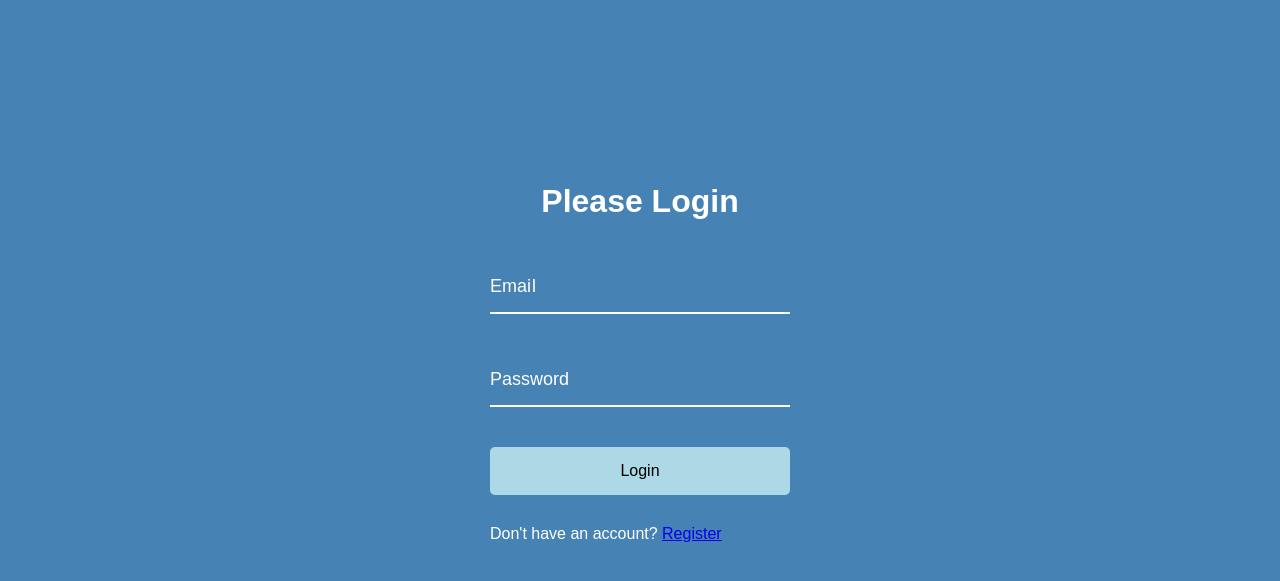
Repository: eagle-tex/50-projects-BT
Page: 08-form-wave-animation/index.html
An editor plug-in stored every save of this project. The page is shown before and after the next save, followed by the edit.
The browser window is 1280 px wide. The pictures show the whole page.
Some web fonts or font styles are not loaded; a fallback is used.

Above is the page before, as saved 2021-01-07 23:33:31.

After the next save:
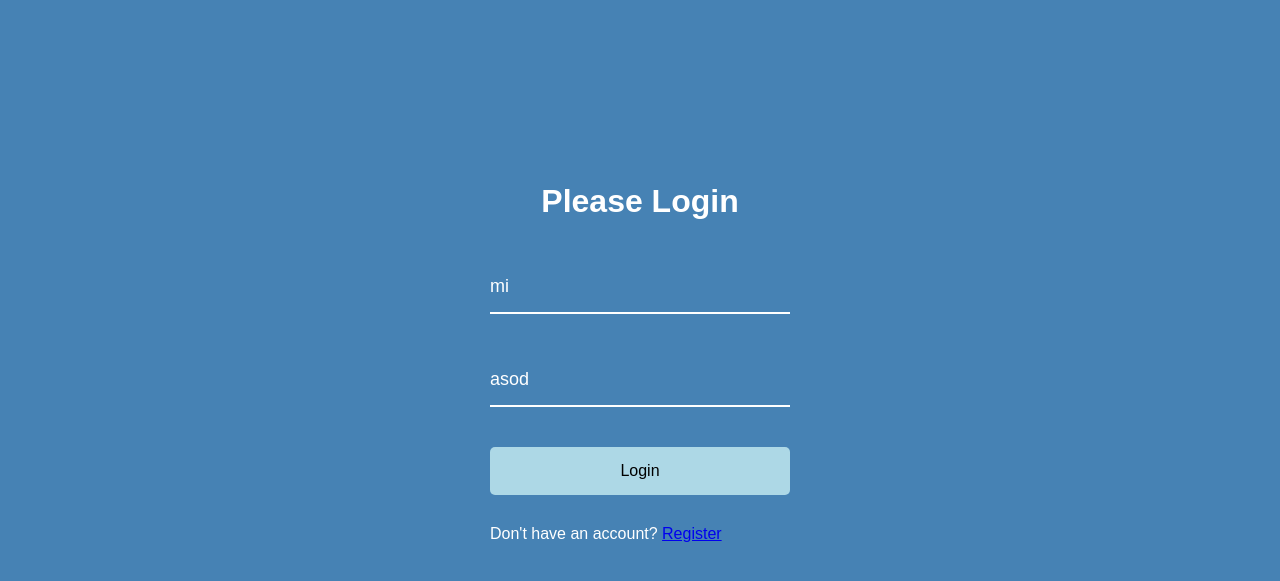
Saved 113 s later.
--- a/08-form-wave-animation/script.js
+++ b/08-form-wave-animation/script.js
@@ -3,6 +3,9 @@
 labels.forEach((label) => {
   label.innerHTML = label.innerText
     .split('')
-    .map((letter, idx) => `<span>${letter}</span>`)
+    .map(
+      (letter, idx) =>
+        `<span style="transition-delay:${idx * 50}ms>${letter}</span>`
+    )
     .join('');
 });

After the save that followed:
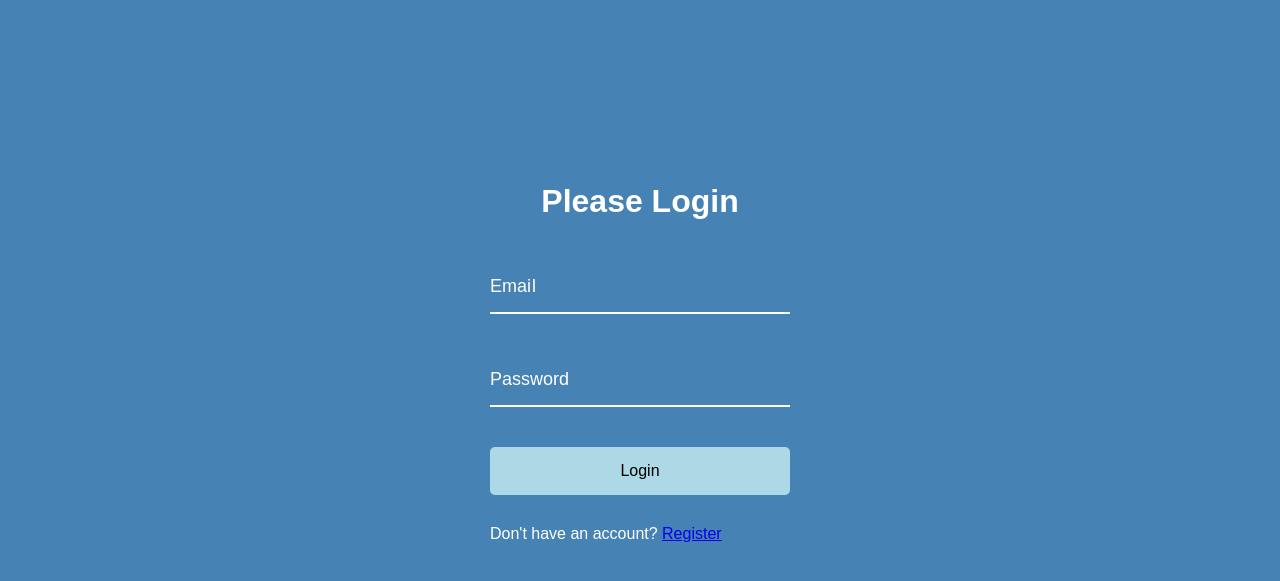
Saved 39 s later.
--- a/08-form-wave-animation/script.js
+++ b/08-form-wave-animation/script.js
@@ -5,7 +5,7 @@
     .split('')
     .map(
       (letter, idx) =>
-        `<span style="transition-delay:${idx * 50}ms>${letter}</span>`
+        `<span style="transition-delay:${idx * 50}ms">${letter}</span>`
     )
     .join('');
 });
